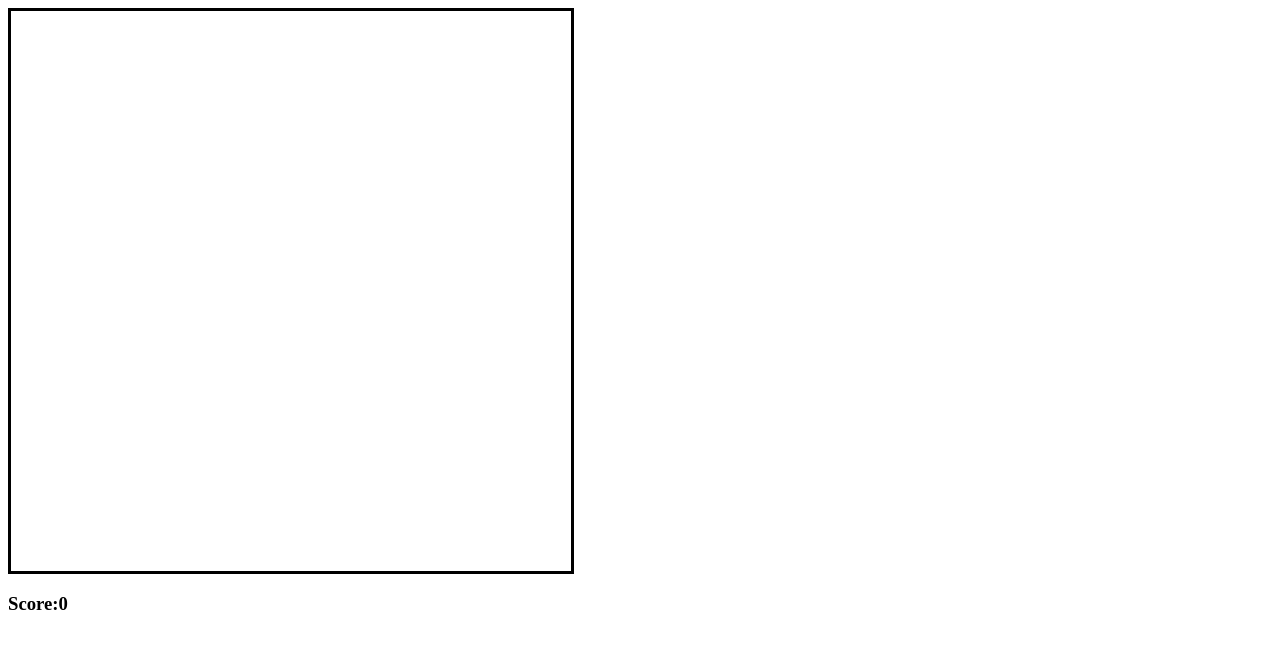
Repository: helenmoj/pac-man-game
Page: index.html
The author's editor kept a copy of each file at every save. The page is drawn from the files as they stood at one save, then again after a run of saves.
The browser window is 1280 px wide. The pictures show the whole page.

Above is the page before, as saved 2022-01-05 20:35:06.
Console error: SyntaxError: Unexpected end of input

### index.html
<!DOCTYPE html>
<html lang="en">
<link>
    <meta charset="UTF-8">
    <meta http-equiv="X-UA-Compatible" content="IE=edge">
    <meta name="viewport" content="width=device-width, initial-scale=1.0">
    <title>Pac Man</title>
    <link rel="stylesheet" href="style.css"></link>
    <script src="app.js" charset="utf-8"></script>
</head>
<body>

    <div class="grid"></div>

    <h3>Score:<span id="score">0</span></h3>

</body>
</html>

### style.css
.grid {
    display: flex;
    flex-wrap: wrap;
    width: 560px;
    height: 560px;
    border: solid black;
}

.grid div {
    width: 20px;
    height: 20px;
}

.pac-dot {
    background-color: green;
    border: 5px solid white;
    box-sizing: border-box;
}

.wall {
    background-color: blue;
}

.power-pellet {
    background-color: green;
    border-radius: 10px;
}

.pac-man {
    background-color: yellow;
    border-radius: 10px;
}

### app.js
document.addEventListener("DOMContentLoaded", () => {
  const grid = document.querySelector(".grid"); // pick up class name of grid using querySelector
  const scoreDisplay = document.getElementById("score"); //  do the same as above but pick up Id using score
  const width = 28; //28 x 28 = 784 squares

  // layout of grid and what is in the squares

  const layout = [
    1, 1, 1, 1, 1, 1, 1, 1, 1, 1, 1, 1, 1, 1, 1, 1, 1, 1, 1, 1, 1, 1, 1, 1, 1,
    1, 1, 1, 1, 0, 0, 0, 0, 0, 0, 0, 0, 0, 0, 0, 0, 1, 1, 0, 0, 0, 0, 0, 0, 0,
    0, 0, 0, 0, 0, 1, 1, 0, 1, 1, 1, 1, 0, 1, 1, 1, 1, 1, 0, 1, 1, 0, 1, 1, 1,
    1, 1, 0, 1, 1, 1, 1, 0, 1, 1, 3, 1, 1, 1, 1, 0, 1, 1, 1, 1, 1, 0, 1, 1, 0,
    1, 1, 1, 1, 1, 0, 1, 1, 1, 1, 3, 1, 1, 0, 1, 1, 1, 1, 0, 1, 1, 1, 1, 1, 0,
    1, 1, 0, 1, 1, 1, 1, 1, 0, 1, 1, 1, 1, 0, 1, 1, 0, 0, 0, 0, 0, 0, 0, 0, 0,
    0, 0, 0, 0, 0, 0, 0, 0, 0, 0, 0, 0, 0, 0, 0, 0, 0, 1, 1, 0, 1, 1, 1, 1, 0,
    1, 1, 1, 1, 1, 1, 1, 1, 1, 1, 1, 1, 1, 1, 0, 1, 1, 1, 1, 0, 1, 1, 0, 1, 1,
    1, 1, 0, 1, 1, 1, 1, 1, 1, 1, 1, 1, 1, 1, 1, 1, 1, 0, 1, 1, 1, 1, 0, 1, 1,
    0, 0, 0, 0, 0, 0, 0, 0, 0, 0, 0, 0, 1, 1, 0, 0, 0, 0, 0, 0, 0, 0, 0, 0, 0,
    0, 1, 1, 1, 1, 1, 1, 1, 0, 1, 1, 1, 1, 1, 0, 1, 1, 0, 1, 1, 1, 1, 1, 0, 1,
    1, 1, 1, 1, 1, 1, 1, 1, 1, 1, 1, 0, 1, 1, 4, 4, 4, 4, 4, 4, 4, 4, 4, 4, 1,
    1, 0, 1, 1, 1, 1, 1, 1, 1, 1, 1, 1, 1, 1, 0, 1, 1, 4, 1, 1, 1, 2, 2, 1, 1,
    1, 4, 1, 1, 0, 1, 1, 1, 1, 1, 1, 1, 1, 1, 1, 1, 1, 0, 1, 1, 4, 1, 2, 2, 2,
    2, 2, 2, 1, 4, 1, 1, 0, 1, 1, 1, 1, 1, 1, 4, 4, 4, 4, 4, 4, 0, 0, 0, 4, 1,
    2, 2, 2, 2, 2, 2, 1, 4, 0, 0, 0, 4, 4, 4, 4, 4, 4, 1, 1, 1, 1, 1, 1, 0, 1,
    1, 4, 1, 2, 2, 2, 2, 2, 2, 1, 4, 1, 1, 0, 1, 1, 1, 1, 1, 1, 1, 1, 1, 1, 1,
    1, 0, 1, 1, 4, 1, 1, 1, 1, 1, 1, 1, 1, 4, 1, 1, 0, 1, 1, 1, 1, 1, 1, 1, 1,
    1, 1, 1, 1, 0, 1, 1, 4, 1, 1, 1, 1, 1, 1, 1, 1, 4, 1, 1, 0, 1, 1, 1, 1, 1,
    1, 1, 0, 0, 0, 0, 0, 0, 0, 0, 4, 4, 4, 4, 4, 4, 4, 4, 4, 4, 0, 0, 0, 0, 0,
    0, 0, 0, 1, 1, 0, 1, 1, 1, 1, 0, 1, 1, 1, 1, 1, 0, 1, 1, 0, 1, 1, 1, 1, 1,
    0, 1, 1, 1, 1, 0, 1, 1, 0, 1, 1, 1, 1, 0, 1, 1, 1, 1, 1, 0, 1, 1, 0, 1, 1,
    1, 1, 1, 0, 1, 1, 1, 1, 0, 1, 1, 3, 0, 0, 1, 1, 0, 0, 0, 0, 0, 0, 0, 0, 0,
    0, 0, 0, 0, 0, 0, 0, 1, 1, 0, 0, 3, 1, 1, 1, 1, 0, 1, 1, 0, 1, 1, 0, 1, 1,
    1, 1, 1, 1, 1, 1, 0, 1, 1, 0, 1, 1, 0, 1, 1, 1, 1, 1, 1, 0, 1, 1, 0, 1, 1,
    0, 1, 1, 1, 1, 1, 1, 1, 1, 0, 1, 1, 0, 1, 1, 0, 1, 1, 1, 1, 0, 0, 0, 0, 0,
    0, 1, 1, 0, 0, 0, 0, 1, 1, 0, 0, 0, 0, 1, 1, 0, 0, 0, 0, 0, 0, 1, 1, 0, 1,
    1, 1, 1, 1, 1, 1, 1, 1, 1, 0, 1, 1, 0, 1, 1, 1, 1, 1, 1, 1, 1, 1, 1, 0, 1,
    1, 0, 1, 1, 1, 1, 1, 1, 1, 1, 1, 1, 0, 1, 1, 0, 1, 1, 1, 1, 1, 1, 1, 1, 1,
    1, 0, 1, 1, 0, 0, 0, 0, 0, 0, 0, 0, 0, 0, 0, 0, 0, 0, 0, 0, 0, 0, 0, 0, 0,
    0, 0, 0, 0, 0, 1, 1, 1, 1, 1, 1, 1, 1, 1, 1, 1, 1, 1, 1, 1, 1, 1, 1, 1, 1,
    1, 1, 1, 1, 1, 1, 1, 1, 1,
  ];


  //Legend
  // 0 - pac-dots
  // 1 - wall
  // 2 - ghost-lair
  // 3 - power-pellet
  // 4 - empty

  const squares = [];

  //draw the grid and render it

  function createBoard() { // function called createBoard
    for (let i = 0; i < layout.length; i++) { // use length of the layout array and loop over it to render a grid in my browser
      const square = document.createElement("div"); // use createElement to create a div for all 7 of the 84 squares
      grid.appendChild(square); // put these squares in our grid using appendChild
      squares.push(square); // pushing all these created squares into a new array called 'squares' (empty array above)

      //add layout to the board
      if (layout[i] === 1) {
        squares[i].classList.add("wall"); // if first item is equal to 1 we give it a class of wall
      }
    }
  }

  createBoard(); // invoke the function

  // starting position of pac-man

  // draw pacman and blinky

  let pacmanCurrentIndex = 502; // passing through a number
  squares[pacmanCurrentIndex].classList.add('pac-man'); // add a class of pacman - get pacman in the grid

  let blinkyCurrentIndex = 197; // draw blinky
  squares[blinkyCurrentIndex].classList.add('blinky');

  // get coordinates of pacman or blinky

  function getCoordinates (index) {
    return [index % width, Math.floor(index / width)];
  }

  console.log(getCoordinates(502));

  // move Blinky

  function moveBlinky () {
    const directions =[-1, +1, +width, -width];
    let direction = directions[Math.floor(Math.random() * directions.length)];

    let ghostTimerID = NaN;

    ghostTimerID = setInterval(function(){
      if (!squares[blinkyCurrentIndex + direction].classList.contains('wall')) {
        // remove ghost class
        squares[blinkyCurrentIndex].classList.remove('blinky');
        // check if the new space is closer
        const [blinkyX, blinkyY] = getCoordinates(blinkyCurrentIndex);
        const [pacmanX, pacmanY] = getCoordinates(pacmanCurrentIndex);
        const [blinkyNewX, blinkyNewY] = getCoordinates(blinkyCurrentIndex + direction);

        function isXCoordCloser () {
          if ((blinkyNewX  - pacmanY) > (blinkyX - pacmanX)) {
            return true
          } else return false
        }

        function isYCoordCloser () {
          if ((blinkyNewY - pacmanY) > (blinkyY - pacmanY)) {
            return true
          } else return false
        }

        if (isXCoordCloser() || isYCoordCloser()) {
          blinkyCurrentIndex += direction
          squares[blinkyCurrentIndex].classList.add('blinky');
        } else {
          squares[blinkyCurrentIndex].classList.add('blinky');
          direction = directions[Math.floor(Math.random() * directions.length)];
        }



        squares[blinkyCurrentIndex].classList.add('blinky')
      } else direction = directions[Math.floor(Math.random() * directions.length)];

      // stop game when pacman is eaten

      if (squares[blinkyCurrentIndex].classList.contains('pac-man')) clearInterval(ghostTimerID);

    },300);
  }
moveBlinky()

After the next 2 saves:
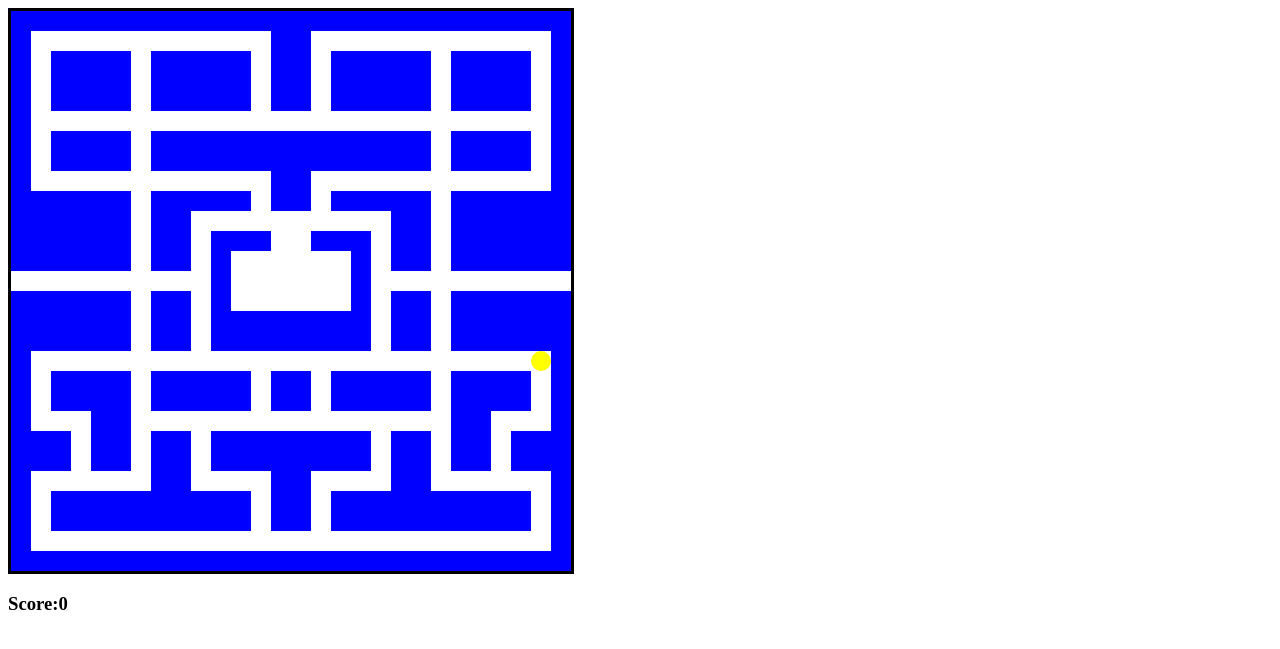
Console error: ReferenceError: blinkyNextX is not defined
The 2 saves are shown as one change because they came seconds apart.
The last was saved 2 min 25 s later.
--- a/app.js
+++ b/app.js
@@ -102,35 +102,33 @@
         const [pacmanX, pacmanY] = getCoordinates(pacmanCurrentIndex);
         const [blinkyNewX, blinkyNewY] = getCoordinates(blinkyCurrentIndex + direction);
 
-        function isXCoordCloser () {
-          if ((blinkyNewX  - pacmanY) > (blinkyX - pacmanX)) {
+        function isXCoordCloser() {
+          if ((blinkyNextX - pacManX) > (blinkyX - pacManX)){
+            return true
+          } else return false
+       }
+
+        function isYCoordCloser() {
+          if ((blinkyNextY - pacManY) > (blinkyY - pacManY)) {
             return true
           } else return false
         }
-
-        function isYCoordCloser () {
-          if ((blinkyNewY - pacmanY) > (blinkyY - pacmanY)) {
-            return true
-          } else return false
-        }
-
         if (isXCoordCloser() || isYCoordCloser()) {
           blinkyCurrentIndex += direction
-          squares[blinkyCurrentIndex].classList.add('blinky');
+          squares[blinkyCurrentIndex].classList.add('blinky')
+
         } else {
-          squares[blinkyCurrentIndex].classList.add('blinky');
-          direction = directions[Math.floor(Math.random() * directions.length)];
-        }
+          squares[blinkyCurrentIndex].classList.add('blinky')
+          direction = directions[Math.floor(Math.random() * directions.length)]
+      }
+      squares[blinkyCurrentIndex].classList.add('blinky')
+      } else direction = directions[Math.floor(Math.random() * directions.length)]
+
+    if(squares[blinkyCurrentIndex].classList.contains('pac-man')) clearInterval(ghostimerId)
+
+  }, 300)
+}
 
 
-
-        squares[blinkyCurrentIndex].classList.add('blinky')
-      } else direction = directions[Math.floor(Math.random() * directions.length)];
-
-      // stop game when pacman is eaten
-
-      if (squares[blinkyCurrentIndex].classList.contains('pac-man')) clearInterval(ghostTimerID);
-
-    },300);
-  }
 moveBlinky()
+});
